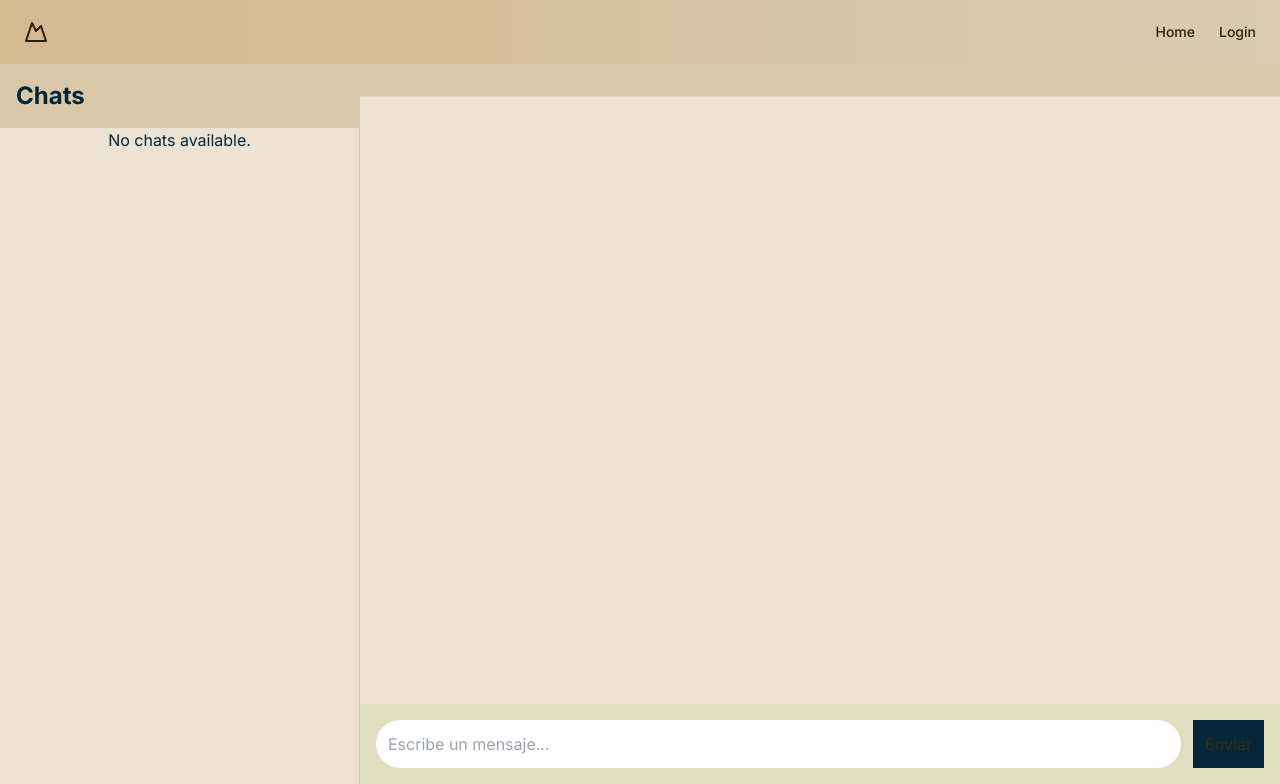
Repository: IIandreeii/Front-endTesis
Page: /mensajes
These files come from the project's save history. The page is drawn as it stood at one moment and after the next save; the edit follows.
The browser window is 1280 px wide. The pictures show the whole page.
The page's requests for data from a server got no answer. The project was rebuilt for these pictures with package versions that can differ from the ones it lists, and the page was loaded fresh each time. The framework's server and built-in components were replaced by stand-ins that run in the browser. No one was signed in, and anything a server would have sent is missing. Also part of the build but not shown: next.config.mjs.

Above is the page before, as saved 2024-11-12 02:21:35.

### src/app/layout.tsx
// layout.tsx
import type { Metadata } from "next";
import { Inter } from "next/font/google";
import "./globals.css";

import Navbar from "@/components/component/navbar";
import { AuthProvider } from '@/lib/AuthContext.jsx';

import { cn } from '@/lib/utils'

const inter = Inter({ subsets: ["latin"] });

export const metadata: Metadata = {
  title: "Create Next App",
  description: "Generated by create next app",
};

const fontHeading = Inter({
  subsets: ['latin'],
  display: 'swap',
  variable: '--font-heading',
})

const fontBody = Inter({
  subsets: ['latin'],
  display: 'swap',
  variable: '--font-body',
})

export default function RootLayout({
  children,
}: Readonly<{
  children: React.ReactNode;
}>) {
  return (
    <html lang="en">
      <body
        className={cn(
          'antialiased',
          fontHeading.variable,
          fontBody.variable
        )}
      >
        <AuthProvider>
        <div className="pt-16">
        <Navbar />
        {children}
        </div>
        </AuthProvider>
      </body>
    </html>
  );
}

### src/app/mensajes/page.jsx

import Mensajes from "@/components/component/fb-messenger-complete.jsx";


export default function Home() {
  return (
    <Mensajes />
  );
}

### src/app/globals.css
@tailwind base;
@tailwind components;
@tailwind utilities;

@layer base {
  :root {
    --background: 36 39% 88%;
    --foreground: 36 45% 15%;
    --primary: 36 45% 70%;
    --primary-foreground: 36 45% 11%;
    --secondary: 40 35% 77%;
    --secondary-foreground: 36 45% 25%;
    --accent: 36 64% 57%;
    --accent-foreground: 36 72% 17%;
    --destructive: 0 84% 37%;
    --destructive-foreground: 0 0% 98%;
    --muted: 36 33% 75%;
    --muted-foreground: 36 45% 25%;
    --card: 36 46% 82%;
    --card-foreground: 36 45% 20%;
    --popover: 0 0% 100%;
    --popover-foreground: 240 10% 3.9%;
    --border: 36 45% 60%;
    --input: 36 45% 60%;
    --ring: 36 45% 30%;
    --radius: 5rem;
  }
}

@layer base {
  * {
    @apply border-border;
  }

  body {
    @apply bg-background text-foreground font-body;
  }

  h1, h2, h3, h4, h5, h6 {
    @apply font-heading;
  }
}

### src/lib/AuthContext.jsx
"use client";

// lib/AuthContext.js
import { createContext, useContext, useState } from 'react';

const AuthContext = createContext();

export function AuthProvider({ children }) {
  const [authToken, setAuthToken] = useState(null);

  const login = (token) => {
    setAuthToken(token);
    localStorage.setItem('authToken', token);
  };

  const logout = () => {
    setAuthToken(null);
    localStorage.removeItem('authToken');
  };

  return (
    <AuthContext.Provider value={{ authToken, login, logout }}>
      {children}
    </AuthContext.Provider>
  );
}

export function useAuth() {
  return useContext(AuthContext);
}

### src/lib/utils.ts
import { type ClassValue, clsx } from "clsx"
import { twMerge } from "tailwind-merge"


export function cn(...inputs: ClassValue[]) {

  return twMerge(clsx(inputs))
}

### src/components/component/fb-messenger-complete.jsx
'use client'

import React, { useState, useEffect } from 'react'
import dynamic from 'next/dynamic'
import io from 'socket.io-client'

const socket = io('http://localhost:3001')

const FbMessengerSimple = ({ user }) => {
  const [activeChat, setActiveChat] = useState(null)
  const [message, setMessage] = useState('')
  const [messages, setMessages] = useState([])
  const [chatPreviews, setChatPreviews] = useState([])

  useEffect(() => {
    if (!user) return

    console.log('Usuario logueado:', user)

    const fetchChatPreviews = async () => {
      try {
        const res = await fetch(`http://localhost:3001/chats?userId=${user.id}`, {
          method: 'GET',
          headers: {
            'Content-Type': 'application/json',
          },
        })
        if (!res.ok) {
          throw new Error(`Error fetching chats: ${res.status} ${res.statusText}`)
        }
        const data = await res.json()
        console.log('Resultados de los chats:', data)
        setChatPreviews(data)
      } catch (error) {
        console.error('Error:', error)
      }
    }

    fetchChatPreviews()
  }, [user])

  useEffect(() => {
    if (!user || !activeChat) return

    socket.emit('joinRoom', activeChat._id)

    const fetchMessages = async () => {
      try {
        const res = await fetch(`http://localhost:3001/messages?chatId=${activeChat._id}`)
        if (!res.ok) {
          throw new Error(`Error fetching messages: ${res.status} ${res.statusText}`)
        }
        const data = await res.json()
        setMessages(data)
      } catch (error) {
        console.error('Error:', error)
      }
    }

    fetchMessages()

    const handleReceiveMessage = (message) => {
      setMessages((prevMessages) => [...prevMessages, message])
    }
    socket.on('receiveMessage', handleReceiveMessage)

    return () => {
      socket.emit('leaveRoom', activeChat._id)
      socket.off('receiveMessage', handleReceiveMessage)
    }
  }, [activeChat, user])

  const handleSend = () => {
    if (!activeChat) {
      console.error('No active chat selected')
      return
    }

    if (message.trim()) {
      const newMessage = {
        senderId: user.id,
        receiverId: activeChat._id,
        text: message,
      }
      socket.emit('sendMessage', newMessage)
      setMessages([...messages, newMessage])
      setMessage('')
    }
  }

  return (
    <div className="flex h-screen bg-[#ECE3D4]">
      <div className="w-full md:w-[320px] lg:w-[360px] border-r border-[#D8C7A9] flex flex-col">
        <div className="p-4 bg-[#D8C7A9]">
          <h1 className="text-2xl font-bold text-[#042637]">Chats</h1>
        </div>
        <div className="flex-1 overflow-y-auto">
          {chatPreviews.length === 0 ? (
            <p className="text-center text-[#042637]">No chats available.</p>
          ) : (
            chatPreviews.map((chat) => (
              <div
                key={chat.id}
                className={`flex items-center p-3 cursor-pointer transition-colors ${activeChat && activeChat.id === chat.id ? 'bg-[#D8C7A9]' : 'hover:bg-[#E1DDBF]'}`}
                onClick={() => setActiveChat(chat)}
              >
                <div className="relative mr-3">
                  <img src={chat.avatar} alt="" className="w-12 h-12 rounded-full" />
                </div>
                <div className="flex-1 min-w-0">
                  <h2 className="font-semibold text-[#042637] truncate">{chat.name}</h2>
                </div>
              </div>
            ))
          )}
        </div>
      </div>

      <div className="flex-1 flex flex-col">
        <div className="p-4 bg-[#D8C7A9] flex justify-between items-center border-b border-[#E1DDBF]">
          {activeChat && <h2 className="font-semibold text-[#042637]">{activeChat.name}</h2>}
        </div>

        <div className="flex-1 overflow-y-auto p-4 space-y-4">
          {messages.map((msg, idx) => (
            <div
              key={idx}
              className={`flex ${msg.senderId === user.id ? 'justify-end' : 'justify-start'}`}
            >
              <div className={`flex items-center max-w-xs ${msg.senderId === user.id ? 'bg-[#042637]' : 'bg-[#E1DDBF]'} p-3 rounded-lg text-white`}>
                <p className="text-sm">{msg.text}</p>
              </div>
            </div>
          ))}
        </div>

        <div className="p-4 bg-[#E1DDBF]">
          <div className="flex items-center">
            <input
              type="text"
              value={message}
              onChange={(e) => setMessage(e.target.value)}
              placeholder="Escribe un mensaje..."
              className="w-full p-3 rounded-lg bg-white text-[#042637] border-none focus:outline-none"
            />
            <button
              onClick={handleSend}
              className="ml-3 bg-[#042637] text-white p-3 rounded-full hover:bg-[#D8C7A9] transition-colors"
            >
              Enviar
            </button>
          </div>
        </div>
      </div>
    </div>
  )
}

export default dynamic(() => Promise.resolve(FbMessengerSimple), { ssr: false });

Loaded but not shown: src/components/component/navbar.jsx (141 lines, source omitted); tailwind.config.ts (91 lines, source omitted)

After the next save:
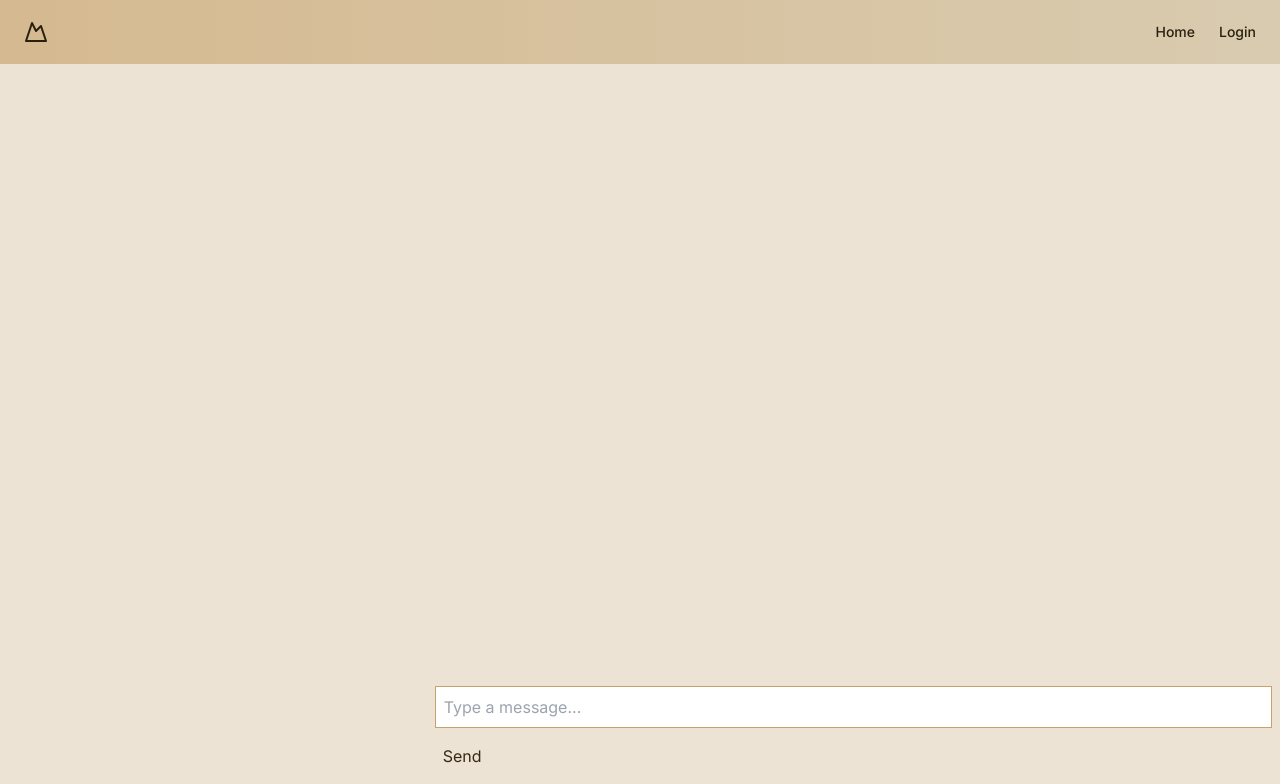
Saved 112 s later.
--- a/src/components/component/fb-messenger-complete.jsx
+++ b/src/components/component/fb-messenger-complete.jsx
@@ -6,7 +6,7 @@
 
 const socket = io('http://localhost:3001')
 
-const FbMessengerSimple = ({ user }) => {
+const SimpleMessenger = ({ user }) => {
   const [activeChat, setActiveChat] = useState(null)
   const [message, setMessage] = useState('')
   const [messages, setMessages] = useState([])
@@ -15,27 +15,15 @@
   useEffect(() => {
     if (!user) return
 
-    console.log('Usuario logueado:', user)
-
     const fetchChatPreviews = async () => {
       try {
-        const res = await fetch(`http://localhost:3001/chats?userId=${user.id}`, {
-          method: 'GET',
-          headers: {
-            'Content-Type': 'application/json',
-          },
-        })
-        if (!res.ok) {
-          throw new Error(`Error fetching chats: ${res.status} ${res.statusText}`)
-        }
+        const res = await fetch(`http://localhost:3001/chats?userId=${user.id}`)
         const data = await res.json()
-        console.log('Resultados de los chats:', data)
         setChatPreviews(data)
       } catch (error) {
-        console.error('Error:', error)
+        console.error('Error fetching chats:', error)
       }
     }
-
     fetchChatPreviews()
   }, [user])
 
@@ -47,40 +35,28 @@
     const fetchMessages = async () => {
       try {
         const res = await fetch(`http://localhost:3001/messages?chatId=${activeChat._id}`)
-        if (!res.ok) {
-          throw new Error(`Error fetching messages: ${res.status} ${res.statusText}`)
-        }
         const data = await res.json()
         setMessages(data)
       } catch (error) {
-        console.error('Error:', error)
+        console.error('Error fetching messages:', error)
       }
     }
-
     fetchMessages()
 
-    const handleReceiveMessage = (message) => {
-      setMessages((prevMessages) => [...prevMessages, message])
-    }
-    socket.on('receiveMessage', handleReceiveMessage)
+    socket.on('receiveMessage', (msg) => setMessages((prev) => [...prev, msg]))
 
     return () => {
       socket.emit('leaveRoom', activeChat._id)
-      socket.off('receiveMessage', handleReceiveMessage)
+      socket.off('receiveMessage')
     }
   }, [activeChat, user])
 
   const handleSend = () => {
-    if (!activeChat) {
-      console.error('No active chat selected')
-      return
-    }
-
     if (message.trim()) {
       const newMessage = {
         senderId: user.id,
-        receiverId: activeChat._id,
         text: message,
+        chatId: activeChat._id,
       }
       socket.emit('sendMessage', newMessage)
       setMessages([...messages, newMessage])
@@ -89,71 +65,37 @@
   }
 
   return (
-    <div className="flex h-screen bg-[#ECE3D4]">
-      <div className="w-full md:w-[320px] lg:w-[360px] border-r border-[#D8C7A9] flex flex-col">
-        <div className="p-4 bg-[#D8C7A9]">
-          <h1 className="text-2xl font-bold text-[#042637]">Chats</h1>
-        </div>
-        <div className="flex-1 overflow-y-auto">
-          {chatPreviews.length === 0 ? (
-            <p className="text-center text-[#042637]">No chats available.</p>
-          ) : (
-            chatPreviews.map((chat) => (
-              <div
-                key={chat.id}
-                className={`flex items-center p-3 cursor-pointer transition-colors ${activeChat && activeChat.id === chat.id ? 'bg-[#D8C7A9]' : 'hover:bg-[#E1DDBF]'}`}
-                onClick={() => setActiveChat(chat)}
-              >
-                <div className="relative mr-3">
-                  <img src={chat.avatar} alt="" className="w-12 h-12 rounded-full" />
-                </div>
-                <div className="flex-1 min-w-0">
-                  <h2 className="font-semibold text-[#042637] truncate">{chat.name}</h2>
-                </div>
-              </div>
-            ))
-          )}
-        </div>
+    <div className="h-screen flex">
+      <div className="w-1/3 bg-gray-100 p-2">
+        {chatPreviews.map((chat) => (
+          <div key={chat.id} onClick={() => setActiveChat(chat)} className="p-2 cursor-pointer">
+            <p>{chat.name}</p>
+          </div>
+        ))}
       </div>
-
-      <div className="flex-1 flex flex-col">
-        <div className="p-4 bg-[#D8C7A9] flex justify-between items-center border-b border-[#E1DDBF]">
-          {activeChat && <h2 className="font-semibold text-[#042637]">{activeChat.name}</h2>}
-        </div>
-
-        <div className="flex-1 overflow-y-auto p-4 space-y-4">
+      <div className="w-2/3 flex flex-col">
+        <div className="flex-1 p-2 overflow-y-auto">
           {messages.map((msg, idx) => (
-            <div
-              key={idx}
-              className={`flex ${msg.senderId === user.id ? 'justify-end' : 'justify-start'}`}
-            >
-              <div className={`flex items-center max-w-xs ${msg.senderId === user.id ? 'bg-[#042637]' : 'bg-[#E1DDBF]'} p-3 rounded-lg text-white`}>
-                <p className="text-sm">{msg.text}</p>
-              </div>
-            </div>
+            <p key={idx} className={msg.senderId === user.id ? 'text-right' : 'text-left'}>
+              {msg.text}
+            </p>
           ))}
         </div>
-
-        <div className="p-4 bg-[#E1DDBF]">
-          <div className="flex items-center">
-            <input
-              type="text"
-              value={message}
-              onChange={(e) => setMessage(e.target.value)}
-              placeholder="Escribe un mensaje..."
-              className="w-full p-3 rounded-lg bg-white text-[#042637] border-none focus:outline-none"
-            />
-            <button
-              onClick={handleSend}
-              className="ml-3 bg-[#042637] text-white p-3 rounded-full hover:bg-[#D8C7A9] transition-colors"
-            >
-              Enviar
-            </button>
-          </div>
+        <div className="p-2">
+          <input
+            type="text"
+            value={message}
+            onChange={(e) => setMessage(e.target.value)}
+            placeholder="Type a message..."
+            className="w-full p-2 border rounded"
+          />
+          <button onClick={handleSend} className="p-2 bg-blue-500 text-white rounded mt-2">
+            Send
+          </button>
         </div>
       </div>
     </div>
   )
 }
 
-export default dynamic(() => Promise.resolve(FbMessengerSimple), { ssr: false });
+export default dynamic(() => Promise.resolve(SimpleMessenger), { ssr: false })

After the save that followed:
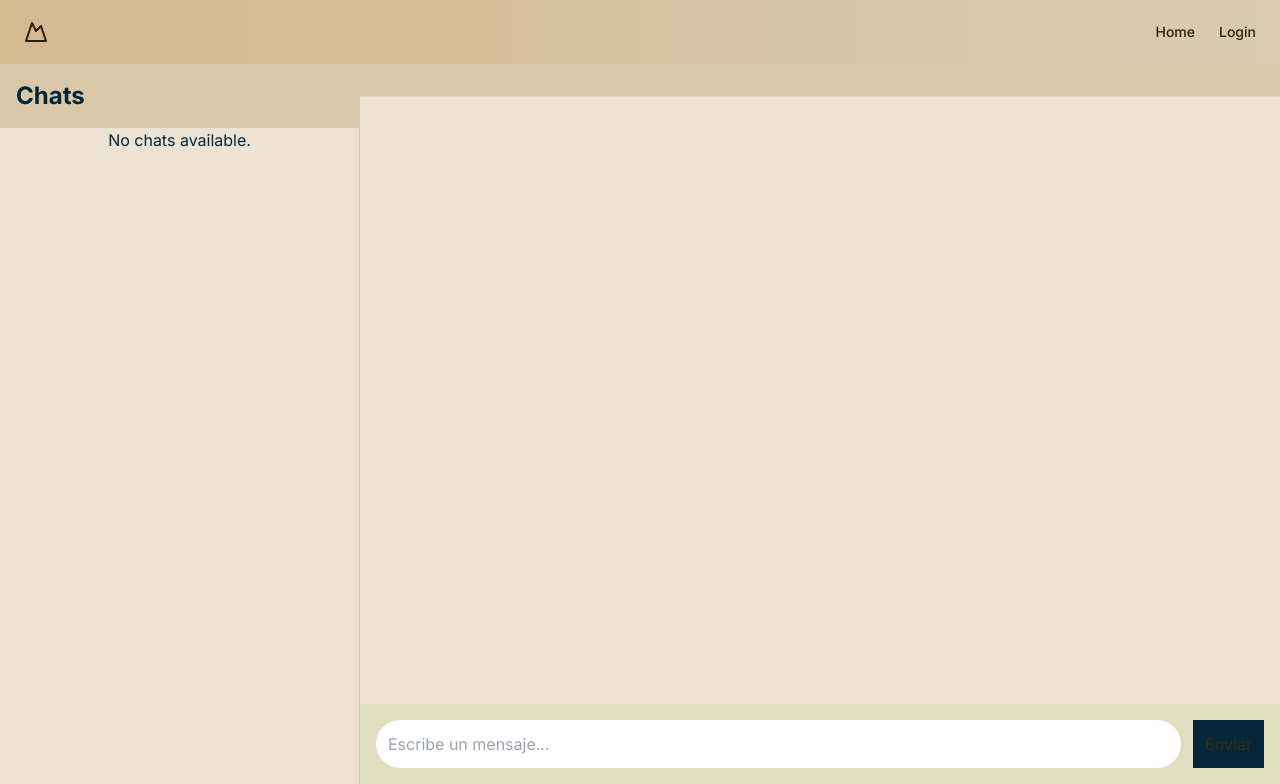
Saved 84 s later.
--- a/src/components/component/fb-messenger-complete.jsx
+++ b/src/components/component/fb-messenger-complete.jsx
@@ -6,7 +6,7 @@
 
 const socket = io('http://localhost:3001')
 
-const SimpleMessenger = ({ user }) => {
+const FbMessengerSimple = ({ user }) => {
   const [activeChat, setActiveChat] = useState(null)
   const [message, setMessage] = useState('')
   const [messages, setMessages] = useState([])
@@ -15,15 +15,27 @@
   useEffect(() => {
     if (!user) return
 
+    console.log('Usuario logueado:', user)
+
     const fetchChatPreviews = async () => {
       try {
-        const res = await fetch(`http://localhost:3001/chats?userId=${user.id}`)
+        const res = await fetch(`http://localhost:3001/chats?userId=${user.id}`, {
+          method: 'GET',
+          headers: {
+            'Content-Type': 'application/json',
+          },
+        })
+        if (!res.ok) {
+          throw new Error(`Error fetching chats: ${res.status} ${res.statusText}`)
+        }
         const data = await res.json()
+        console.log('Resultados de los chats:', data)
         setChatPreviews(data)
       } catch (error) {
-        console.error('Error fetching chats:', error)
+        console.error('Error:', error)
       }
     }
+
     fetchChatPreviews()
   }, [user])
 
@@ -35,28 +47,40 @@
     const fetchMessages = async () => {
       try {
         const res = await fetch(`http://localhost:3001/messages?chatId=${activeChat._id}`)
+        if (!res.ok) {
+          throw new Error(`Error fetching messages: ${res.status} ${res.statusText}`)
+        }
         const data = await res.json()
         setMessages(data)
       } catch (error) {
-        console.error('Error fetching messages:', error)
+        console.error('Error:', error)
       }
     }
+
     fetchMessages()
 
-    socket.on('receiveMessage', (msg) => setMessages((prev) => [...prev, msg]))
+    const handleReceiveMessage = (message) => {
+      setMessages((prevMessages) => [...prevMessages, message])
+    }
+    socket.on('receiveMessage', handleReceiveMessage)
 
     return () => {
       socket.emit('leaveRoom', activeChat._id)
-      socket.off('receiveMessage')
+      socket.off('receiveMessage', handleReceiveMessage)
     }
   }, [activeChat, user])
 
   const handleSend = () => {
+    if (!activeChat) {
+      console.error('No active chat selected')
+      return
+    }
+
     if (message.trim()) {
       const newMessage = {
         senderId: user.id,
+        receiverId: activeChat._id,
         text: message,
-        chatId: activeChat._id,
       }
       socket.emit('sendMessage', newMessage)
       setMessages([...messages, newMessage])
@@ -65,37 +89,71 @@
   }
 
   return (
-    <div className="h-screen flex">
-      <div className="w-1/3 bg-gray-100 p-2">
-        {chatPreviews.map((chat) => (
-          <div key={chat.id} onClick={() => setActiveChat(chat)} className="p-2 cursor-pointer">
-            <p>{chat.name}</p>
-          </div>
-        ))}
+    <div className="flex h-screen bg-[#ECE3D4]">
+      <div className="w-full md:w-[320px] lg:w-[360px] border-r border-[#D8C7A9] flex flex-col">
+        <div className="p-4 bg-[#D8C7A9]">
+          <h1 className="text-2xl font-bold text-[#042637]">Chats</h1>
+        </div>
+        <div className="flex-1 overflow-y-auto">
+          {chatPreviews.length === 0 ? (
+            <p className="text-center text-[#042637]">No chats available.</p>
+          ) : (
+            chatPreviews.map((chat) => (
+              <div
+                key={chat.id}
+                className={`flex items-center p-3 cursor-pointer transition-colors ${activeChat && activeChat.id === chat.id ? 'bg-[#D8C7A9]' : 'hover:bg-[#E1DDBF]'}`}
+                onClick={() => setActiveChat(chat)}
+              >
+                <div className="relative mr-3">
+                  <img src={chat.avatar} alt="" className="w-12 h-12 rounded-full" />
+                </div>
+                <div className="flex-1 min-w-0">
+                  <h2 className="font-semibold text-[#042637] truncate">{chat.name}</h2>
+                </div>
+              </div>
+            ))
+          )}
+        </div>
       </div>
-      <div className="w-2/3 flex flex-col">
-        <div className="flex-1 p-2 overflow-y-auto">
+
+      <div className="flex-1 flex flex-col">
+        <div className="p-4 bg-[#D8C7A9] flex justify-between items-center border-b border-[#E1DDBF]">
+          {activeChat && <h2 className="font-semibold text-[#042637]">{activeChat.name}</h2>}
+        </div>
+
+        <div className="flex-1 overflow-y-auto p-4 space-y-4">
           {messages.map((msg, idx) => (
-            <p key={idx} className={msg.senderId === user.id ? 'text-right' : 'text-left'}>
-              {msg.text}
-            </p>
+            <div
+              key={idx}
+              className={`flex ${msg.senderId === user.id ? 'justify-end' : 'justify-start'}`}
+            >
+              <div className={`flex items-center max-w-xs ${msg.senderId === user.id ? 'bg-[#042637]' : 'bg-[#E1DDBF]'} p-3 rounded-lg text-white`}>
+                <p className="text-sm">{msg.text}</p>
+              </div>
+            </div>
           ))}
         </div>
-        <div className="p-2">
-          <input
-            type="text"
-            value={message}
-            onChange={(e) => setMessage(e.target.value)}
-            placeholder="Type a message..."
-            className="w-full p-2 border rounded"
-          />
-          <button onClick={handleSend} className="p-2 bg-blue-500 text-white rounded mt-2">
-            Send
-          </button>
+
+        <div className="p-4 bg-[#E1DDBF]">
+          <div className="flex items-center">
+            <input
+              type="text"
+              value={message}
+              onChange={(e) => setMessage(e.target.value)}
+              placeholder="Escribe un mensaje..."
+              className="w-full p-3 rounded-lg bg-white text-[#042637] border-none focus:outline-none"
+            />
+            <button
+              onClick={handleSend}
+              className="ml-3 bg-[#042637] text-white p-3 rounded-full hover:bg-[#D8C7A9] transition-colors"
+            >
+              Enviar
+            </button>
+          </div>
         </div>
       </div>
     </div>
   )
 }
 
-export default dynamic(() => Promise.resolve(SimpleMessenger), { ssr: false })
+export default dynamic(() => Promise.resolve(FbMessengerSimple), { ssr: false });
